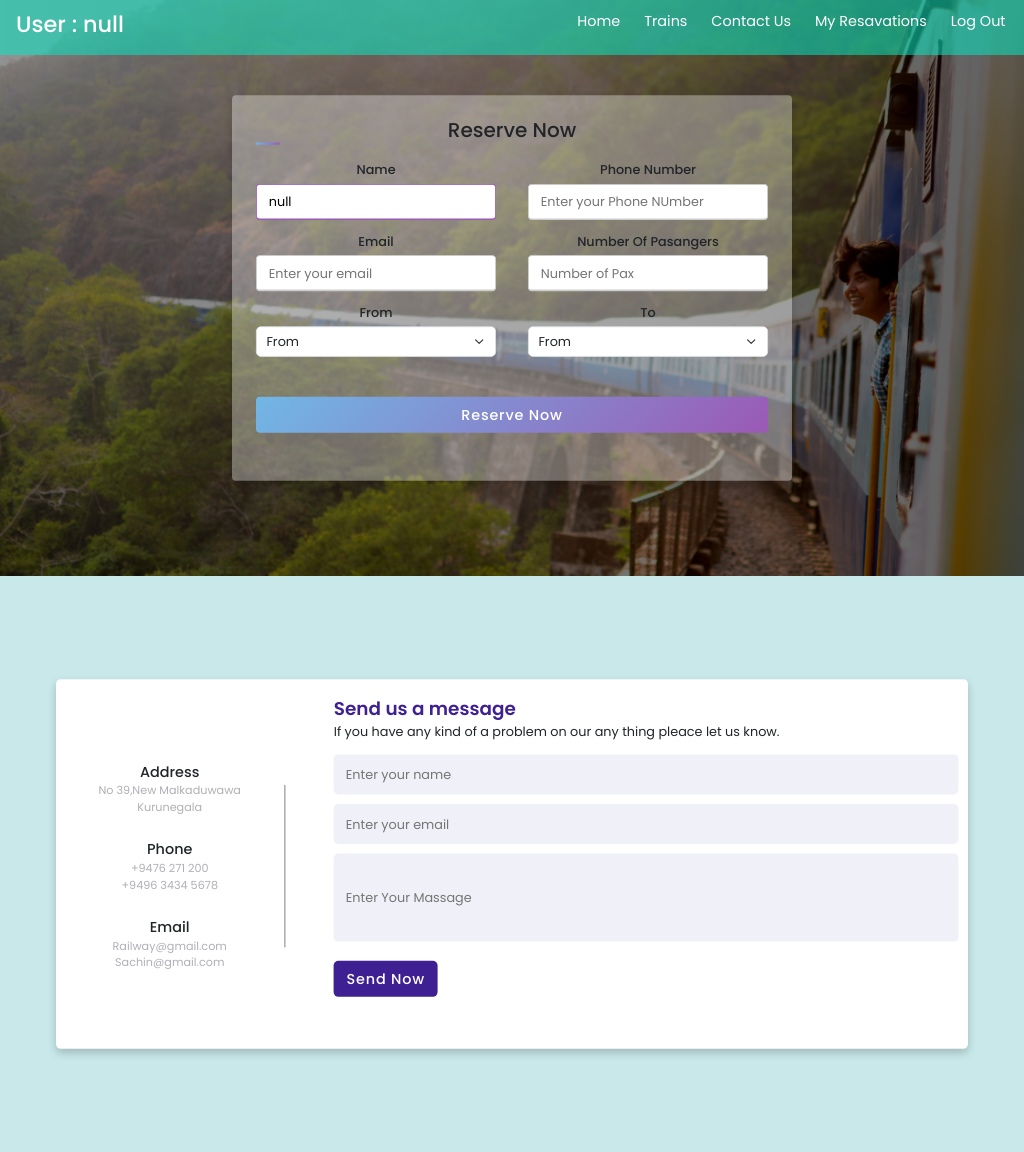
Repository: SachinUthpala/Railway-Reservation
Page: http://localhost/Railway/Reserve/reserve.jsp
These files come from the project's save history. The page is drawn as it stood at one moment and after the next save; the edit follows.
The browser window is 1280 px wide. The pictures show the whole page, at 80% of full size.
The page is served by Tomcat 9.

Above is the page before, as saved 2023-05-21 06:51:13.

After the next save:
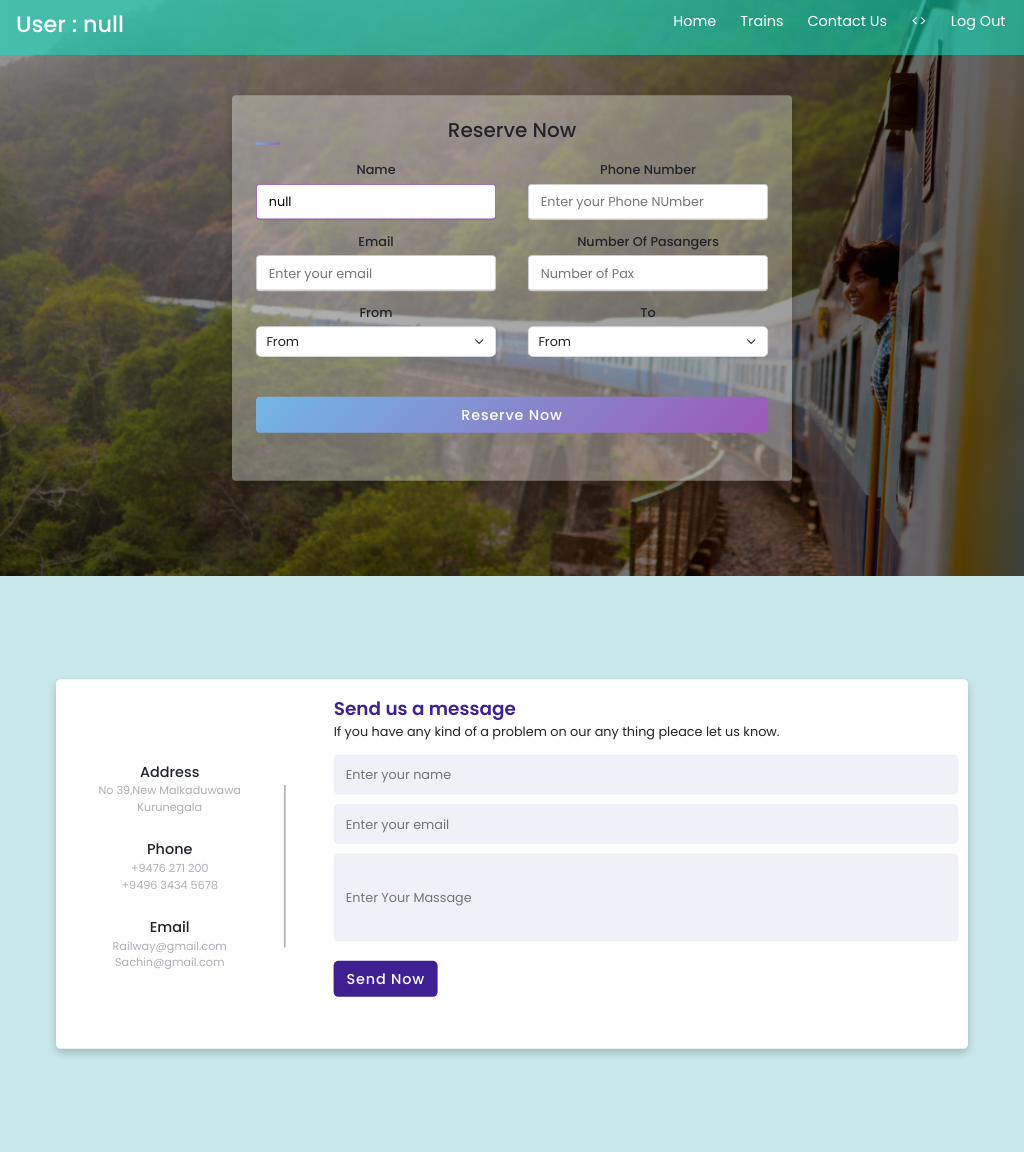
Saved 7 min 9 s later.
--- a/Railway/src/main/webapp/Reserve/reserve.jsp
+++ b/Railway/src/main/webapp/Reserve/reserve.jsp
@@ -31,7 +31,7 @@ System.out.println("\n Username :"+Username);
       <li><a href="#">Home</a></li>
       <li><a href="../Train_res">Trains</a></li>
       <li><a href="#contact">Contact Us</a></li>
-      <li><a href="../My_res_sv">My Resavations</a></li>
+      <li><a href="../My_res_sv"><></a></li>
       <li><a href="#">Log Out</a></li>
     </ul>
   </div>
